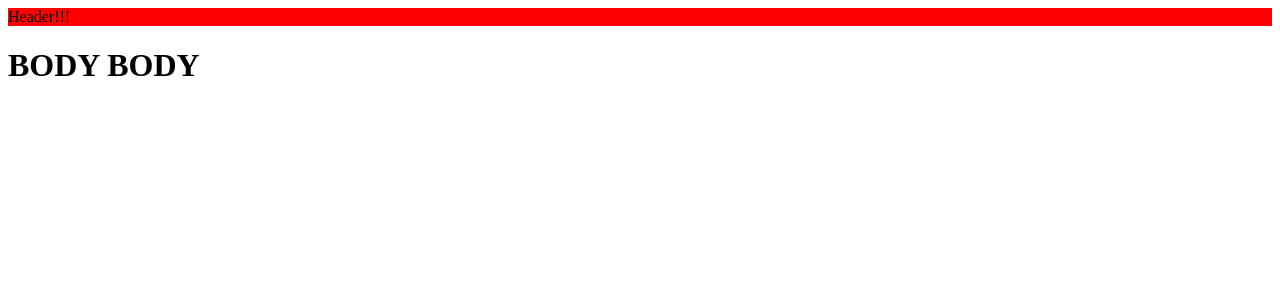
Repository: TakashiYamaguchi2021/samurai_HTML-CSS
Page: header.html
The author's editor kept a record of every edit. The page is drawn from the files as they stood at one moment, then again after the next edit.
The browser window is 1280 px wide. The pictures show the whole page.

Above is the page before.

After the next edit:
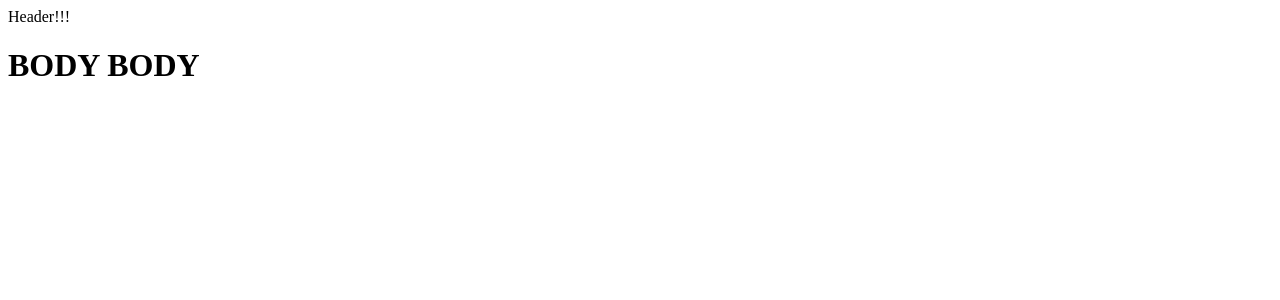
The edit:
--- a/header.html
+++ b/header.html
@@ -2,7 +2,7 @@
 <html lang="ja">
     <head>
         <style>
-            #header {
+            header {
                 background-color: red;
             }
 
